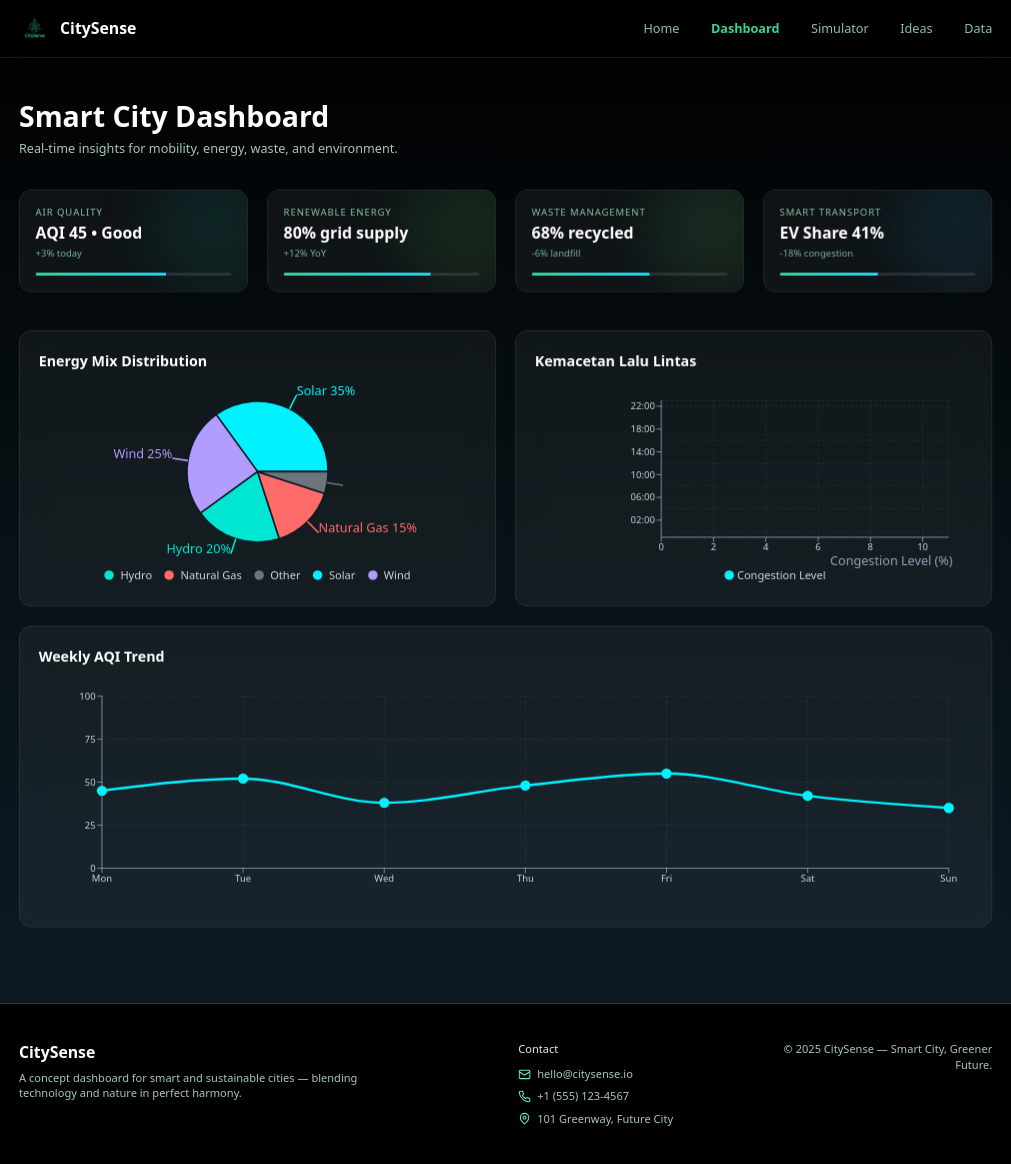
Repository: crashyet/CitySense
Page: /dashboard
The author's editor kept a copy of each file at every save. The page is drawn from the files as they stood at one save, then again after the next save.
The browser window is 1280 px wide. The pictures show the whole page, at 79% of full size.
The project was rebuilt for these pictures with package versions that can differ from the ones it lists, and the page was loaded fresh each time. Also part of the build but not shown: vite.config.js, src/pages/landing/Hero.jsx, src/pages/landing/DashboardPreview.jsx, src/pages/landing/Infographic.jsx, src/pages/landing/Community.jsx, src/pages/landing/index.jsx, src/pages/Simulator/index.jsx, src/pages/Ideas/index.jsx and 1 more.

Above is the page before, as saved 2025-11-18 19:44:37.

After the next save:
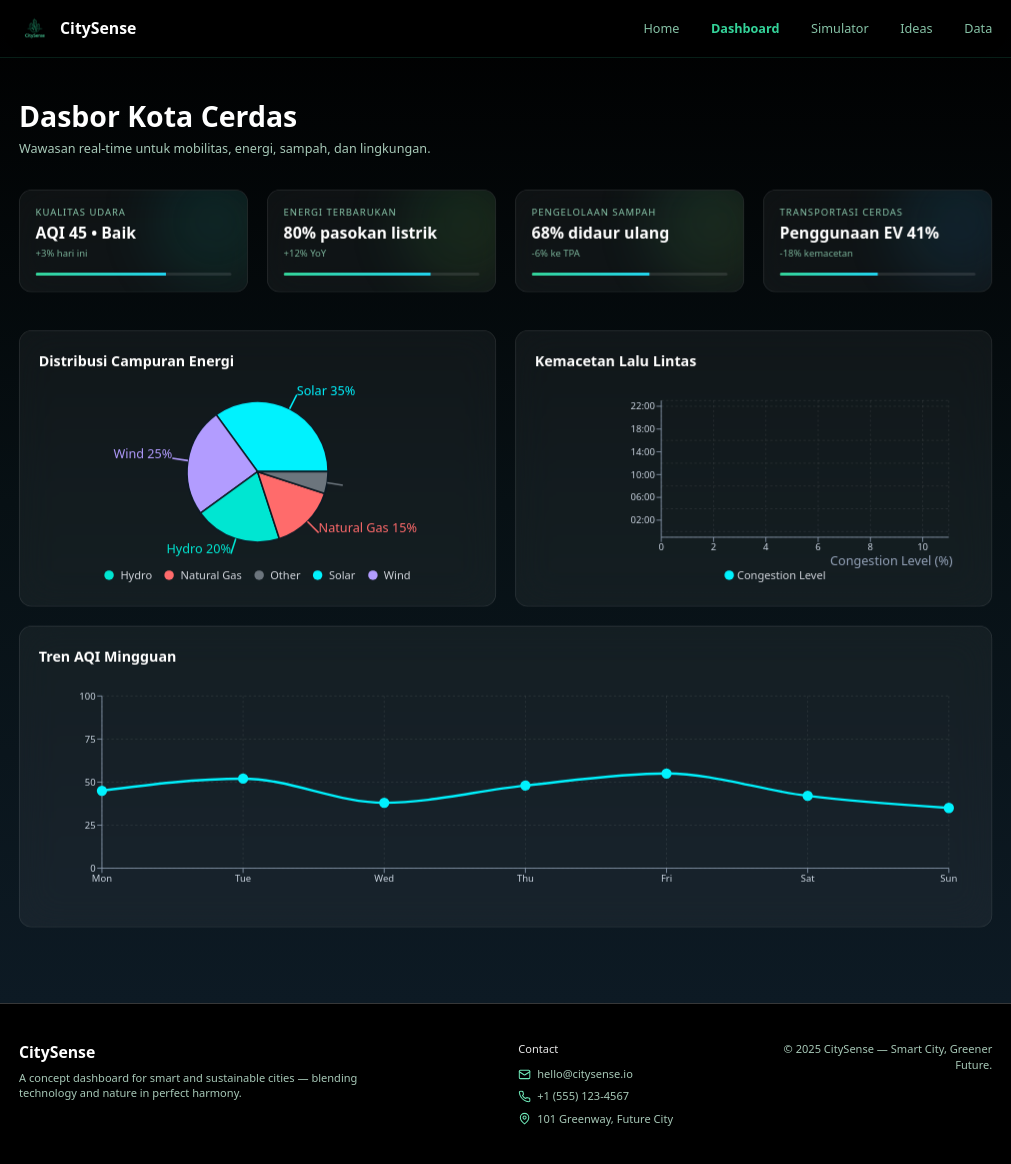
Saved 74 s later.
--- a/src/pages/Dashboardpack/index.jsx
+++ b/src/pages/Dashboardpack/index.jsx
@@ -14,9 +14,9 @@ export default function Dashboardpack() {
 
           {/* Header */}
           <div className="mb-10">
-            <h1 className="text-3xl md:text-4xl font-semibold">Smart City Dashboard</h1>
+            <h1 className="text-3xl md:text-4xl font-semibold">Dasbor Kota Cerdas</h1>
             <p className="text-emerald-100/80 mt-2">
-              Real-time insights for mobility, energy, waste, and environment.
+              Wawasan real-time untuk mobilitas, energi, sampah, dan lingkungan.
             </p>
           </div>
 
@@ -29,9 +29,9 @@ export default function Dashboardpack() {
               from-cyan-500/30 to-emerald-500/30 opacity-40 blur-2xl" />
 
               <div className="relative">
-                <p className="text-xs uppercase tracking-widest text-emerald-200/80">Air Quality</p>
-                <p className="mt-1 text-xl font-semibold">AQI 45 • Good</p>
-                <p className="text-xs text-emerald-200/70 mt-1">+3% today</p>
+                <p className="text-xs uppercase tracking-widest text-emerald-200/80">Kualitas Udara</p>
+                <p className="mt-1 text-xl font-semibold">AQI 45 • Baik</p>
+                <p className="text-xs text-emerald-200/70 mt-1">+3% hari ini</p>
                 <div className="mt-4 h-1 w-full bg-white/10 rounded-full overflow-hidden">
                   <div className="h-full w-2/3 bg-gradient-to-r from-emerald-400 to-cyan-400"></div>
                 </div>
@@ -44,8 +44,8 @@ export default function Dashboardpack() {
               from-emerald-500/30 to-lime-400/30 opacity-40 blur-2xl" />
 
               <div className="relative">
-                <p className="text-xs uppercase tracking-widest text-emerald-200/80">Renewable Energy</p>
-                <p className="mt-1 text-xl font-semibold">80% grid supply</p>
+                <p className="text-xs uppercase tracking-widest text-emerald-200/80">Energi Terbarukan</p>
+                <p className="mt-1 text-xl font-semibold">80% pasokan listrik</p>
                 <p className="text-xs text-emerald-200/70 mt-1">+12% YoY</p>
                 <div className="mt-4 h-1 w-full bg-white/10 rounded-full overflow-hidden">
                   <div className="h-full w-3/4 bg-gradient-to-r from-emerald-400 to-cyan-400"></div>
@@ -59,9 +59,9 @@ export default function Dashboardpack() {
               from-teal-400/30 to-lime-400/30 opacity-40 blur-2xl" />
 
               <div className="relative">
-                <p className="text-xs uppercase tracking-widest text-emerald-200/80">Waste Management</p>
-                <p className="mt-1 text-xl font-semibold">68% recycled</p>
-                <p className="text-xs text-emerald-200/70 mt-1">-6% landfill</p>
+                <p className="text-xs uppercase tracking-widest text-emerald-200/80">Pengelolaan Sampah</p>
+                <p className="mt-1 text-xl font-semibold">68% didaur ulang</p>
+                <p className="text-xs text-emerald-200/70 mt-1">-6% ke TPA</p>
                 <div className="mt-4 h-1 w-full bg-white/10 rounded-full overflow-hidden">
                   <div className="h-full w-3/5 bg-gradient-to-r from-emerald-400 to-cyan-400"></div>
                 </div>
@@ -74,9 +74,9 @@ export default function Dashboardpack() {
               from-cyan-500/30 to-blue-500/30 opacity-40 blur-2xl" />
 
               <div className="relative">
-                <p className="text-xs uppercase tracking-widest text-emerald-200/80">Smart Transport</p>
-                <p className="mt-1 text-xl font-semibold">EV Share 41%</p>
-                <p className="text-xs text-emerald-200/70 mt-1">-18% congestion</p>
+                <p className="text-xs uppercase tracking-widest text-emerald-200/80">Transportasi Cerdas</p>
+                <p className="mt-1 text-xl font-semibold">Penggunaan EV 41%</p>
+                <p className="text-xs text-emerald-200/70 mt-1">-18% kemacetan</p>
                 <div className="mt-4 h-1 w-full bg-white/10 rounded-full overflow-hidden">
                   <div className="h-full w-1/2 bg-gradient-to-r from-emerald-400 to-cyan-400"></div>
                 </div>
@@ -89,7 +89,7 @@ export default function Dashboardpack() {
 
             {/* ENERGY DISTRIBUTION */}
             <div className="rounded-2xl border border-white/10 bg-white/5 p-6 backdrop-blur-xl md:col-span-1">
-              <h3 className="text-lg font-semibold mb-4">Energy Mix Distribution</h3>
+              <h3 className="text-lg font-semibold mb-4">Distribusi Campuran Energi</h3>
 
               <div className="h-64">
                 <EnergyPieChart />
@@ -106,7 +106,7 @@ export default function Dashboardpack() {
 
             {/* WEEKLY AQI */}
             <div className="rounded-2xl border border-white/10 bg-white/5 p-6 backdrop-blur-xl md:col-span-2">
-              <h3 className="text-lg font-semibold mb-4">Weekly AQI Trend</h3>
+              <h3 className="text-lg font-semibold mb-4">Tren AQI Mingguan</h3>
               <div className="h-72 flex items-center justify-center text-emerald-200/60">
                 <WeeklyAQIChart />
               </div>
